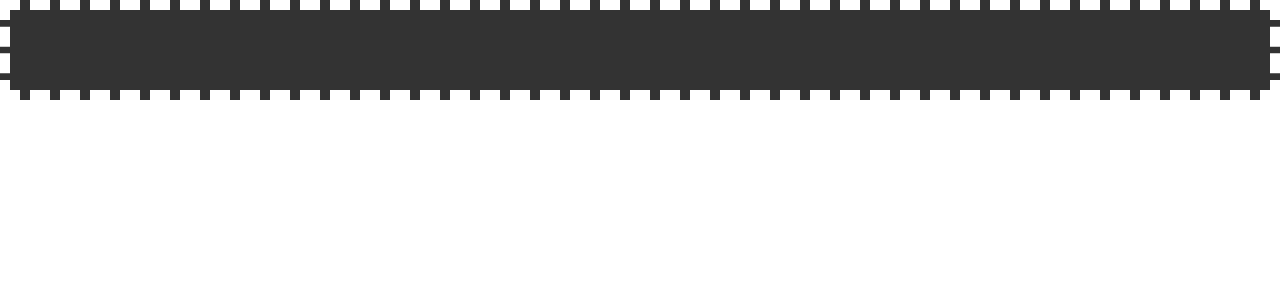
Repository: critdang/electro_store
Page: javascript_project/HTML &CSS practice/index.html
These files come from the project's save history. The page is drawn as it stood at one moment and after the next save; the edit follows.
The browser window is 1280 px wide. The pictures show the whole page.

Above is the page before, as saved 2021-10-01 22:33:30.

After the next save:
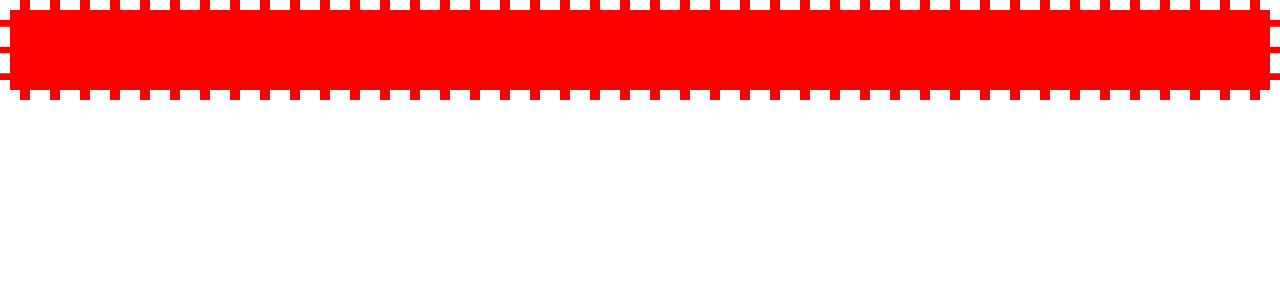
Saved 26 s later.
--- a/javascript_project/HTML &CSS practice/index.html
+++ b/javascript_project/HTML &CSS practice/index.html
@@ -12,7 +12,7 @@
             .header{
                 width:100%;
                 height: 100px;
-                background-color: #333;
+                background-color: red;
                 padding: 20px;
                 box-sizing: border-box;
                 border: 10px dashed #fff;
